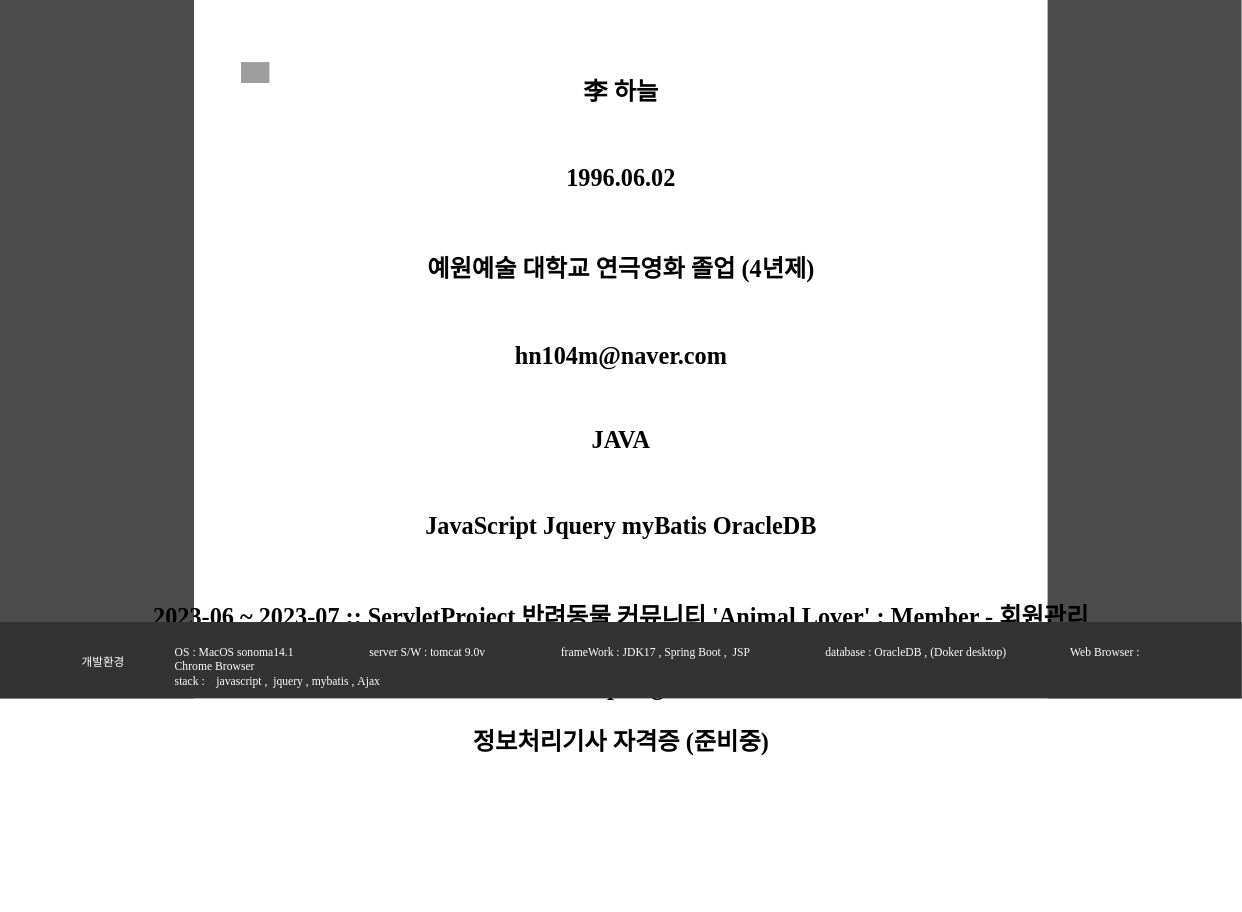
Repository: LeeHaNeul96/Leehaneul
Page: http://localhost/com.introduce/WEB-INF/views/more.jsp
The author's editor kept a copy of each file at every save. The page is drawn from the files as they stood at one save, then again after the next save.
The browser window is 1280 px wide. The pictures show the whole page, at 97% of full size.
Pictures or frames that could not be fetched are drawn as grey boxes. The page is served by Tomcat 9. Nobody is signed in. The template is opened directly, without the code that normally fills it, so the values that code supplies are empty.

Above is the page before, as saved 2023-10-31 09:31:04.

After the next save:
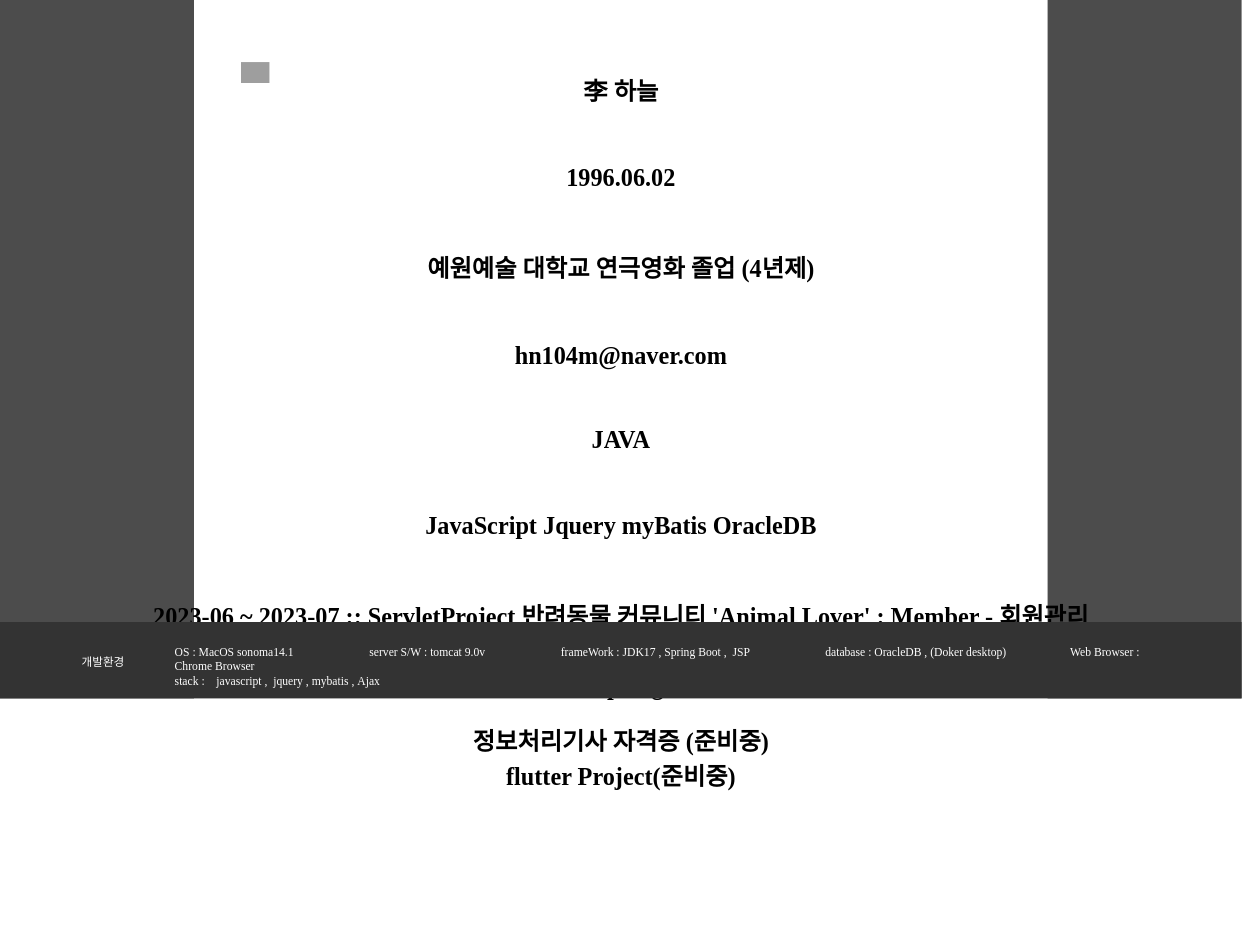
Saved 19 s later.
--- a/com.introduce/src/main/webapp/WEB-INF/views/more.jsp
+++ b/com.introduce/src/main/webapp/WEB-INF/views/more.jsp
@@ -108,7 +108,9 @@ $(function() {
 2023-08 ~ 2023-09 :: SpringProject 종합 신발 쇼핑몰 'Shoepin' : WishList,Cart - 장바구니<br>
 2023-09 AWS기반 Spring 백엔드 개발 수료
 </h2>
-<h2>정보처리기사 자격증 (준비중)</h2>
+<h2>정보처리기사 자격증 (준비중)<br>
+flutter Project(준비중)
+</h2>
 
 </div>
 
